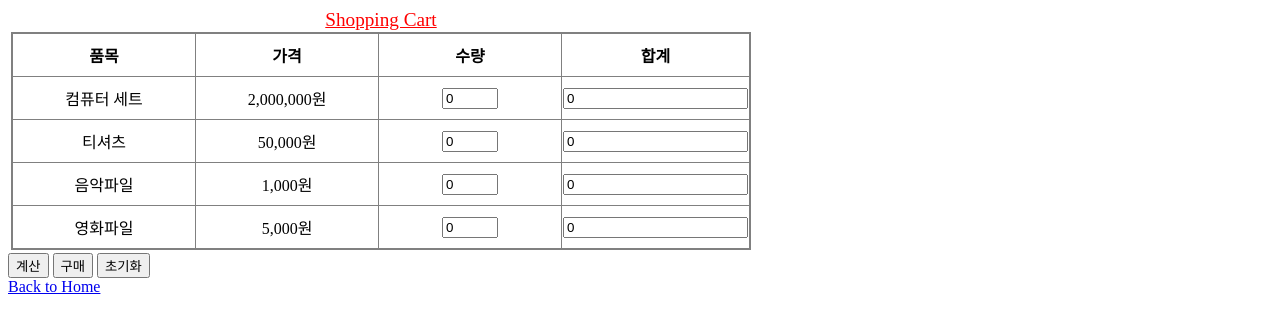
Repository: jeje0130/html
Page: webpro/WebContent/webshop/NewFile.html
The author's editor kept a copy of each file at every save. The page is drawn from the files as they stood at one save, then again after the next save.
The browser window is 1280 px wide. The pictures show the whole page.

Above is the page before, as saved 2021-01-14 10:12:19.

### webpro/WebContent/webshop/NewFile.html
<!DOCTYPE html>
<html>
<head>
<meta charset="UTF-8">
<title>Insert title here</title>
<style>
	table{
		border : 2px solid gray;
		margin : 3px;
		border-collapse: collapse;
		text-align : center;
		}
	th{
		width : 180px;
		height : 40px;
	}
	.th2{
    	width : 400px;
    }
    .th3{

    	padding : 10px 20px;	 /* padding : 칸 내부 여백 */
    }
    td{
    	height : 40px;
    	text-align : center;
    }
    caption{
    	font-size : 1.2em;
    	margin : 1px;
    	caption-side : top;
    	text-decoration: underline;
    	color : red;
    }

</style>
</head>
<body>

<table border = "1">
	<caption> Shopping Cart</caption>
	<tr>
		<th>품목</th>
		<th>가격</th>
		<th id="th2">수량</th>
		<th>합계</th>
	</tr>

	<tr>
		<td>컴퓨터 세트</td>
		<td>2,000,000원</td>
		<td><input type="number" min="0" max="10" step="1" value="0"></td>
		<td><input type="text" value="0"></td>
	</tr>

	<tr>
		<td>티셔츠</td>
		<td>50,000원</td>
		<td><input type="number" min="0" max="10" step="1" value="0"></td>
		<td><input type="text" value="0"></td>
	</tr>

	<tr>
		<td>음악파일</td>
		<td>1,000원</td>
		<td><input type="number" min="0" max="10" step="1" value="0"></td>
		<td><input type="text" value="0"></td>
	</tr>

	<tr>
		<td>영화파일</td>
		<td>5,000원</td>
		<td><input type="number" min="0" max="10" step="1" value="0"></td>
		<td><input type="text" value="0"></td>
	</tr>
</table>
<input type="submit" value="계산">
<input type="submit" value="구매">
<input type="reset" value="초기화">
<br>
<a href="main.html">Back to Home</a>

</body>
</html>

After the next save:
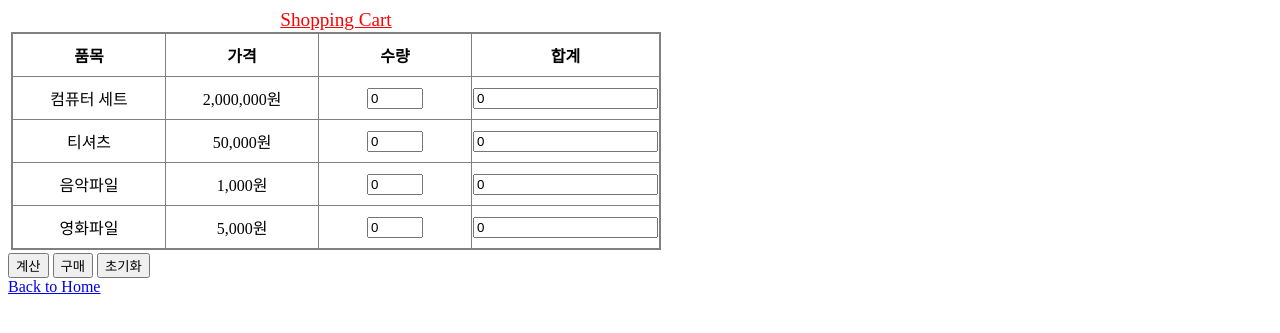
Saved 7 s later.
--- a/webpro/WebContent/webshop/NewFile.html
+++ b/webpro/WebContent/webshop/NewFile.html
@@ -11,7 +11,7 @@
 		text-align : center;
 		}
 	th{
-		width : 180px;
+		width : 150px;
 		height : 40px;
 	}
 	.th2{
